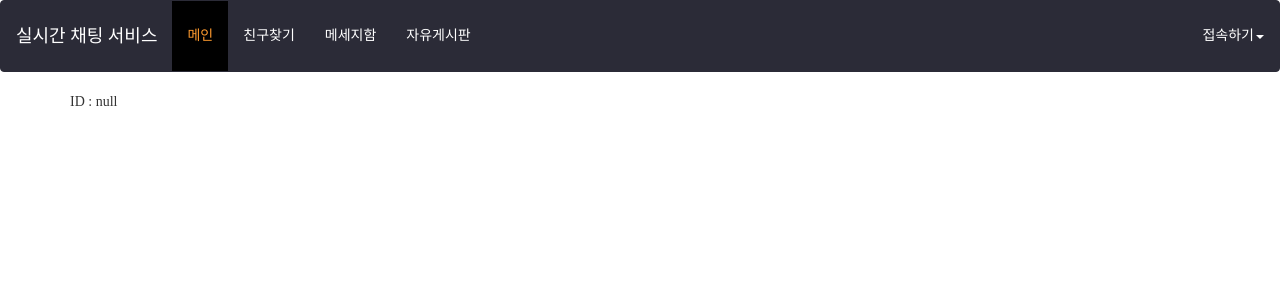
Repository: kkoseunghyun/javaAjaxChat
Page: http://localhost/UserChat/userStatus.jsp
The author's editor kept a copy of each file at every save. The page is drawn from the files as they stood at one save, then again after a run of saves.
The browser window is 1280 px wide. The pictures show the whole page.
Some web fonts or font styles are not loaded; a fallback is used. Some web libraries are served in a nearby version. The page is served by Tomcat 9. Queries for data that is not in the repository find no rows.

Above is the page before, as saved 2019-07-13 08:55:48.

After the next 2 saves:
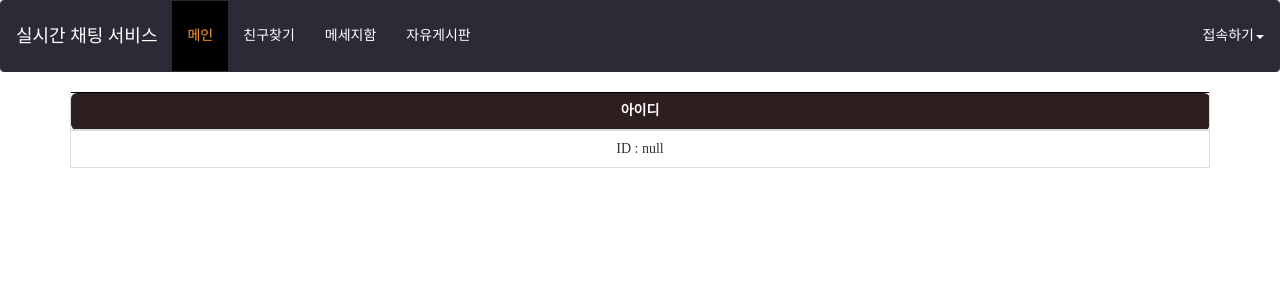
The 2 saves are shown as one change because they came seconds apart.
The last was saved 2 min 57 s later.
--- a/JspAjax/UserChat/WebContent/userStatus.jsp
+++ b/JspAjax/UserChat/WebContent/userStatus.jsp
@@ -108,7 +108,19 @@
 		</div>
 	</nav>
 	<div class="container">
-		ID : <%= user.getUserID() %>
+		<table class="table table-bordered table-hover" style="text-align:center; border:1px solid black">
+			<thead>
+				<tr>
+					<th>아이디</th>
+				</tr>
+			</thead>
+			<tbody>
+				<tr>
+					<td>ID : <%= user.getUserID() %></td>
+				</tr>
+			</tbody>
+		</table>
+
 	</div>
 	<%
 		/*
